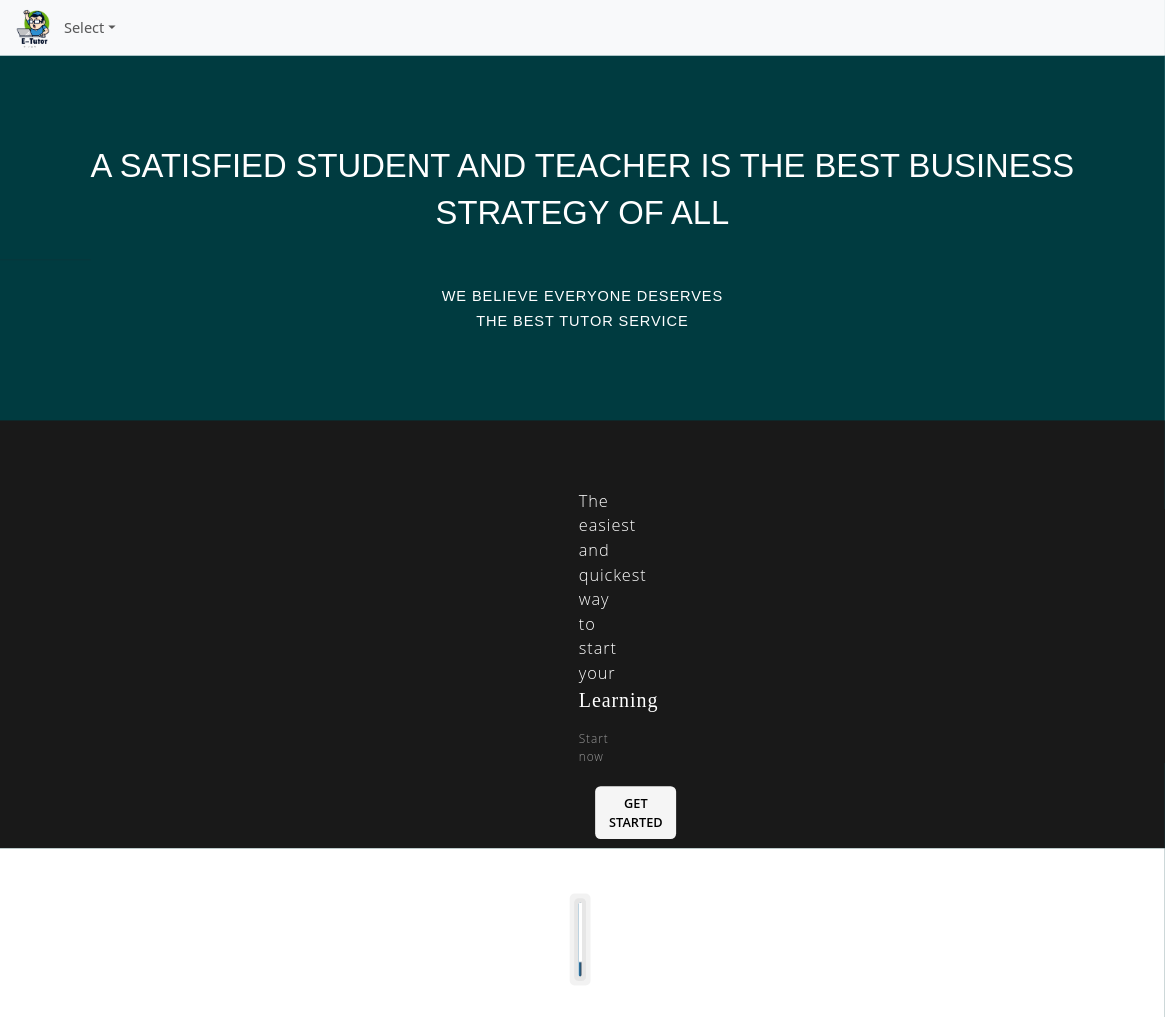
Repository: shailesh89-art/E-tutor-springboot-hibernate
Page: http://localhost/TUTOR_INVENTOR_1/pages/parent_Admin_edit.jsp
These files come from the project's save history. The page is drawn as it stood at one moment and after the next save; the edit follows.
The browser window is 1280 px wide. The pictures show the whole page, at 91% of full size.
Some web libraries are served in a nearby version. The page is served by Tomcat 9. Other server files are loaded and not shown. The template is opened directly, without the code that normally fills it, so the values that code supplies are empty.

Above is the page before, as saved 2023-05-03 14:15:51.

### TUTOR_INVENTOR_1/src/main/webapp/pages/parent_Admin_edit.jsp
<%@ taglib uri="http://www.springframework.org/tags/form" prefix="form"%> <%@ taglib uri="http://java.sun.com/jsp/jstl/core" prefix="c"%>
<!doctype html>
<html lang="en">
  <head>
    <!-- Required meta tags -->
    <meta charset="utf-8">
    <meta name="viewport" content="width=device-width, initial-scale=1, shrink-to-fit=no">

    <!-- Bootstrap CSS -->
      <link href="https://cdn.jsdelivr.net/npm/bootstrap@5.3.0-alpha1/dist/css/bootstrap.min.css" rel="stylesheet" integrity="sha384-GLhlTQ8iRABdZLl6O3oVMWSktQOp6b7In1Zl3/Jr59b6EGGoI1aFkw7cmDA6j6gD" crossorigin="anonymous">
    <script src="https://cdn.jsdelivr.net/npm/bootstrap@5.3.0-alpha1/dist/js/bootstrap.bundle.min.js" integrity="sha384-w76AqPfDkMBDXo30jS1Sgez6pr3x5MlQ1ZAGC+nuZB+EYdgRZgiwxhTBTkF7CXvN" crossorigin="anonymous"></script>
    <link rel="stylesheet" href="https://cdnjs.cloudflare.com/ajax/libs/font-awesome/4.7.0/css/font-awesome.min.css">
    <link rel="icon" type="image/x-icon" href="Assets/imgs/Screenshot_(160)-transformed (1)-fotor-bg-remover-20230423203452.png" >
      <title>Parent Admin</title>
    <style>




     .banner {

            background-size: cover;
            background-repeat: no-repeat;
            background-position: center center;
            width: 100%;
            height: 100%;
              background-color: #00838F;
        }

        .banner .opacity_overlay {
            height: 100%;
            width: 100%;
            background: rgba(0, 0, 0, 0.55);
            padding-top: 100px;
        }

        .banner .opacity_overlay .info {
            text-align: center;
            font-family: 'Montserrat', sans-serif;
        }

        .banner .opacity_overlay .info h2 {
            color: #fff;
            text-transform: uppercase;
            font-size: 36px;
        }

        .banner .opacity_overlay .info hr {
            width: 100px;
            margin-top: 30px;
            margin-bottom: 30px;
        }

        .banner .opacity_overlay .info h3 {
            color: #fff;
            text-transform: uppercase;
            font-size: 16px;
            letter-spacing: 1px;
        }

        .banner .opacity_overlay .secondary_layer {
            background: #191919;
            margin-top: 100px;
            padding-top: 15px;
            padding-bottom: 15px;
            font-family: "Open Sans", Arial, sans-serif;
        }

        .banner .opacity_overlay .secondary_layer .msg {
            font-size: 18px;
            color: #fff;
            font-weight: 300;
            letter-spacing: 1px;
        }

        .banner .opacity_overlay .secondary_layer .msg span {
            font-family: "Shadows Into Light", cursive;
            font-size: 22px;
        }

        .banner .opacity_overlay .secondary_layer .quote {
            font-size: 13px;
            color: #999;
            font-weight: 300;
            letter-spacing: 1px;
        }

        .banner .opacity_overlay .secondary_layer .btn {
            text-decoration: none;
            color: #000;
        }

        .banner .opacity_overlay .secondary_layer .btn button {
            background: #F5F5F5;
            border: none;
            border-radius: 6px;
            padding: 8px 15px;
            text-transform: uppercase;
            font-weight: 600;
            font-size: 14px;
            outline: none;
            transition: background-color 0.2s ease;
        }

        .banner .opacity_overlay .secondary_layer .btn button:hover {
            background: #000;
            color: #fff;
        }

        /* Font size change on browser resize */

        @media screen and (max-width: 991px) {
        .banner .opacity_overlay .info h2 {
            font-size: 30px;
        }
        }

        @media screen and (max-width: 768px) {
        .banner .opacity_overlay .info h2 {
            font-size: 26px;
        }
        }

        @media screen and (max-width: 631px) {
        .banner .opacity_overlay .info h2 {
            font-size: 22px;
        }
        }

        @media screen and (max-width: 534px) {
        .banner .opacity_overlay .info h2 {
            font-size: 20px;
        }
        }

        @media screen and (max-width: 991px) {
        .banner .opacity_overlay .info h3 {
            font-size: 12px;
        }
        }

        @media screen and (max-width: 534px) {
        .banner .opacity_overlay .info h3 {
            font-size: 10px;
        }
        }

        @media screen and (max-width: 768px) {
        .banner .opacity_overlay .secondary_layer .msg {
            font-size: 16px;
        }
        }

        @media screen and (max-width: 534px) {
        .banner .opacity_overlay .secondary_layer .msg {
            font-size: 13px;
        }
        }

        @media screen and (max-width: 768px) {
        .banner .opacity_overlay .secondary_layer .msg span {
            font-size: 18px;
        }
        }

        @media screen and (max-width: 534px) {
        .banner .opacity_overlay .secondary_layer .msg span {
            font-size: 16px;
        }
        }
        /*search button*/




        .advanced{

            text-decoration: none;
            font-size: 15px;
            font-weight: 500;
        }


        .btn-secondary,
        .btn-secondary:focus,
        .btn-secondary:active


         {
            color: #fff;
            background-color: #00838f !important;
            border-color: #00838f !important;
            box-shadow: none;
        }


        .advanced{

            color: #00838f !important;
        }






 .demo{ font-family: 'Noto Sans', sans-serif; }
.panel{
    background: linear-gradient(to right, #2980b9, #2c3e50);
    padding: 0;
    border-radius: 10px;
    border: none;
    box-shadow: 0 0 0 5px rgba(0,0,0,0.05),0 0 0 10px rgba(0,0,0,0.05);
}
.panel .panel-heading{
    padding: 20px 15px;
    border-radius: 10px 10px 0 0;
    margin: 0;
}
.panel .panel-heading .title{
    color: #fff;
    font-size: 28px;
    font-weight: 500;
    text-transform: capitalize;
    line-height: 40px;
    margin: 0;
}
.panel .panel-heading .btn{
    color: rgba(255,255,255,0.5);
    background: transparent;
    font-size: 16px;
    text-transform: capitalize;
    border: 2px solid #fff;
    border-radius: 50px;
    transition: all 0.3s ease 0s;
}
.panel .panel-heading .btn:hover{
    color: #fff;
    text-shadow: 3px 3px rgba(255,255,255,0.2);
}
.panel .panel-heading .form-control{
    color: #fff;
    background-color: transparent;
    width: 35%;
    height: 40px;
    border: 2px solid #fff;
    border-radius: 20px;
    display: inline-block;
    transition: all 0.3s ease 0s;
}
.panel .panel-heading .form-control:focus{
    background-color: rgba(255,255,255,0.2);
    box-shadow: none;
    outline: none;
}
.panel .panel-heading .form-control::placeholder{
    color: rgba(255,255,255,0.5);
    font-size: 15px;
    font-weight: 500;
}
.panel .panel-body{ padding: 0; }
.panel .panel-body .table thead tr th{
    color: #fff;
    background-color: rgba(255, 255, 255, 0.2);
    font-size: 16px;
    font-weight: 500;
    text-transform: uppercase;
    padding: 12px;
    border: none;
}
.panel .panel-body .table tbody tr td{
    color: #fff;
    font-size: 15px;
    padding: 10px 12px;
    vertical-align: middle;
    border: none;
}
.panel .panel-body .table tbody tr:nth-child(even){ background-color: rgba(255,255,255,0.05); }
.panel .panel-body .table tbody .action-list{
    padding: 0;
    margin: 0;
    list-style: none;
}
.panel .panel-body .table tbody .action-list li{
    display: inline-block;
    margin: 0 5px;
}
.panel .panel-body .table tbody .action-list li a{
    color: #fff;
    font-size: 15px;
    position: relative;
    z-index: 1;
    transition: all 0.3s ease 0s;
}
.panel .panel-body .table tbody .action-list li a:hover{ text-shadow: 3px 3px 0 rgba(255,255,255,0.3); }
.panel .panel-body .table tbody .action-list li a:before,
.panel .panel-body .table tbody .action-list li a:after{
    content: attr(data-tip);
    color: #fff;
    background-color: #111;
    font-size: 12px;
    padding: 5px 7px;
    border-radius: 4px;
    text-transform: capitalize;
    display: none;
    transform: translateX(-50%);
    position: absolute;
    left: 50%;
    top: -32px;
    transition: all 0.3s ease 0s;
}
.panel .panel-body .table tbody .action-list li a:after{
    content: '';
    height: 15px;
    width: 15px;
    padding: 0;
    border-radius: 0;
    transform: translateX(-50%) rotate(45deg);
    top: -18px;
    z-index: -1;
}
.panel .panel-body .table tbody .action-list li a:hover:before,
.panel .panel-body .table tbody .action-list li a:hover:after{
    display: block;
}
.panel .panel-footer{
    color: #fff;
    background-color: transparent;
    padding: 15px;
    border: none;
}
.panel .panel-footer .col{ line-height: 35px; }
.pagination{ margin: 0; }
.pagination li a{
    color: #fff;
    background-color: transparent;
    border: 2px solid transparent;
    font-size: 18px;
    font-weight: 500;
    text-align: center;
    line-height: 31px;
    width: 35px;
    height: 35px;
    padding: 0;
    margin: 0 3px;
    border-radius: 50px;
    transition: all 0.3s ease 0s;
}
.pagination li a:hover{
    color: #fff;
    background-color: transparent;
    border-color: rgba(255,255,255,0.2);
}
.pagination li a:focus,
.pagination li.active a,
.pagination li.active a:hover{
    color: #fff;
    background-color: transparent;
    border-color: #fff;
}
.pagination li:first-child a,
.pagination li:last-child a{
    border-radius: 50%;
}
.container{


    padding:60px;
  width:10%;
}
 #logo{
        width: 4%;
      }
@media only screen and (max-width:767px){
    .panel .panel-heading .title{
        text-align: center;
        margin: 0 0 10px;
    }
    .panel .panel-heading .btn_group{ text-align: center; }
    .container{

        padding: 45px;
    }
     #logo{
        width: 19%;
      }
}







   }
    </style>
  </head>
  <body>
  <nav class="navbar navbar-expand-lg navbar-light bg-light">
        <div class="container-fluid">
           <img  id="logo" src="Assets/imgs/Screenshot_(160)-transformed (1)-fotor-bg-remover-20230423203452.png" alt="">
          <button class="navbar-toggler" type="button" data-bs-toggle="collapse" data-bs-target="#navbarColor03" aria-controls="navbarColor03" aria-expanded="false" aria-label="Toggle navigation">
            <span class="navbar-toggler-icon"></span>
          </button>
          <div class="collapse navbar-collapse" id="navbarColor03">
            <ul class="navbar-nav me-auto">

              <li class="nav-item dropdown">
                <a class="nav-link dropdown-toggle" data-bs-toggle="dropdown" href="#" role="button" aria-haspopup="true" aria-expanded="false">Select</a>
                <div class="dropdown-menu">
                  <a class="dropdown-item" href="ebook_list">book</a>

                  <a class="dropdown-item" href="/parentlogout">Log Out</a>
                  </div>
              </li>

            </ul>
          </div>
        </div>
      </nav>
      <div class="banner">
    	<div class="opacity_overlay">
    		<div class="info">
    			<h2>A satisfied Student and Teacher is the best business</h2>
    			<h2>strategy of all</h2>
    			<hr>
    			<h3>We believe everyone deserves</h3>
    			<h3>The best tutor service</h3>
    		</div>

    		<div class="secondary_layer">
    			<div class="container">
    				<div class="col-md-8 col-sm-6">
    					<p class="msg">The easiest and quickest way to start your <span>Learning</span></p>
    					<p class="quote">Start now</p>
    				</div>
    				<div class="col-md-4 col-sm-6 pull-right">
    					<a href="ebook_list" class="btn" ><button type="submit">Get Started</button></a>

    				</div>
    			</div>
    		</div>

    	</div>
    </div>


   <div class="container">

    <div class="row">
        <div class="col-md-offset-1 col-md-10">
            <div class="panel">

                <div class="panel-body table-responsive">

<table class="table">
<tr>
<th>Name</th>
<th>Last Name</th>
<th>Contact</th>
<th>Password</th>
<th>Email</th>
<th>State</th>
<th>City</th>
<th>Area</th>
<th>Zip</th>
</tr>
<c:forEach  items="${parent}" var="e">
<tr>

<td>${e.fname}</td>
<td>${e.lname}</td>
<td>${e.contact}</td>
<td>${e.pass}</td>
<td>${e.email}</td>
<td>${e.state}</td>
<td>${e.city}</td>
<td>${e.area}</td>
<td>${e.zip}</td>
<td>

  <a href="edit_parent?id=${e.id}"><i class='fa fa-edit' style="color:blue"></i></a> |
          <a href="delete_parentfirst?id=${e.id}"><i class="fa fa-trash" style="color:blue"></i></a>
        </td>
</tr>
</c:forEach>
</table>
</div>
</div>
</div>
</div>
</div>

 <script src="https://code.jquery.com/jquery-3.2.1.slim.min.js" integrity="sha384-KJ3o2DKtIkvYIK3UENzmM7KCkRr/rE9/Qpg6aAZGJwFDMVNA/GpGFF93hXpG5KkN" crossorigin="anonymous"></script>
    <script src="https://cdn.jsdelivr.net/npm/popper.js@1.12.9/dist/umd/popper.min.js" integrity="sha384-ApNbgh9B+Y1QKtv3Rn7W3mgPxhU9K/ScQsAP7hUibX39j7fakFPskvXusvfa0b4Q" crossorigin="anonymous"></script>
    <script src="https://cdn.jsdelivr.net/npm/bootstrap@4.0.0/dist/js/bootstrap.min.js" integrity="sha384-JZR6Spejh4U02d8jOt6vLEHfe/JQGiRRSQQxSfFWpi1MquVdAyjUar5+76PVCmYl" crossorigin="anonymous"></script>
</body>

After the next save:
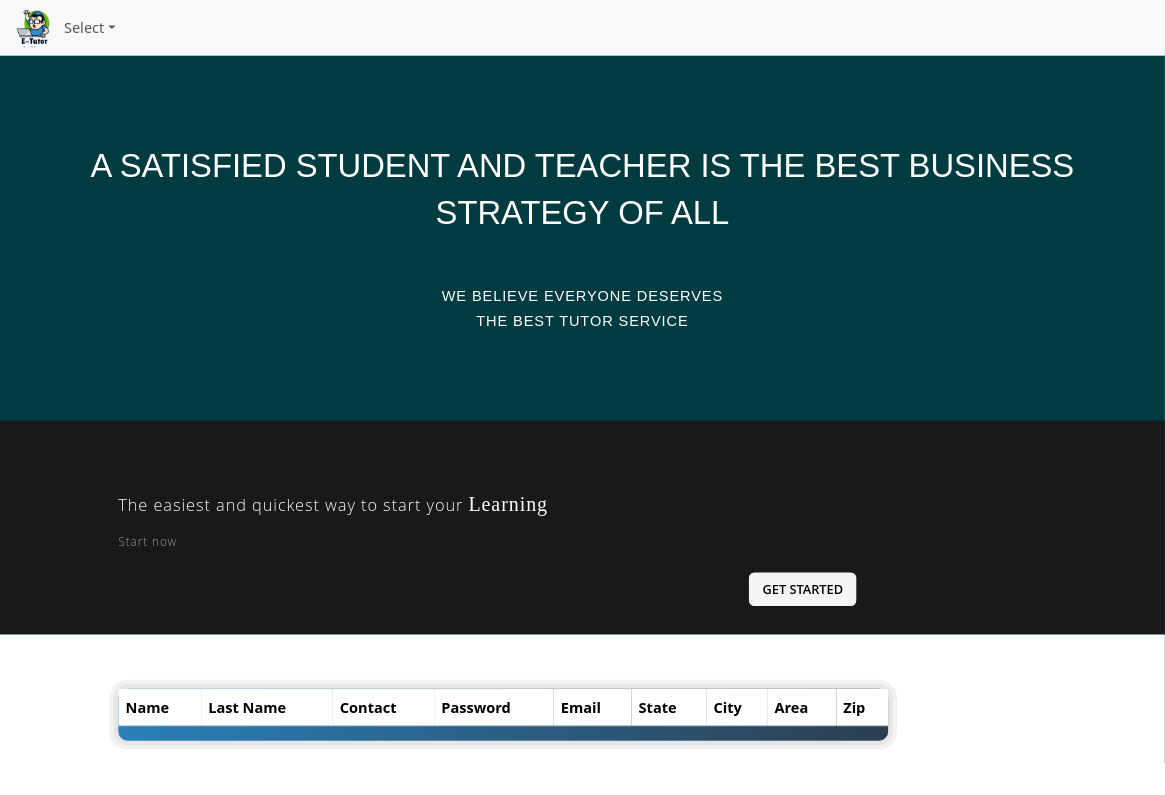
Saved 15 s later.
--- a/TUTOR_INVENTOR_1/src/main/webapp/pages/parent_Admin_edit.jsp
+++ b/TUTOR_INVENTOR_1/src/main/webapp/pages/parent_Admin_edit.jsp
@@ -366,7 +366,7 @@
 
 
     padding:60px;
-  width:10%;
+
 }
  #logo{
         width: 4%;
